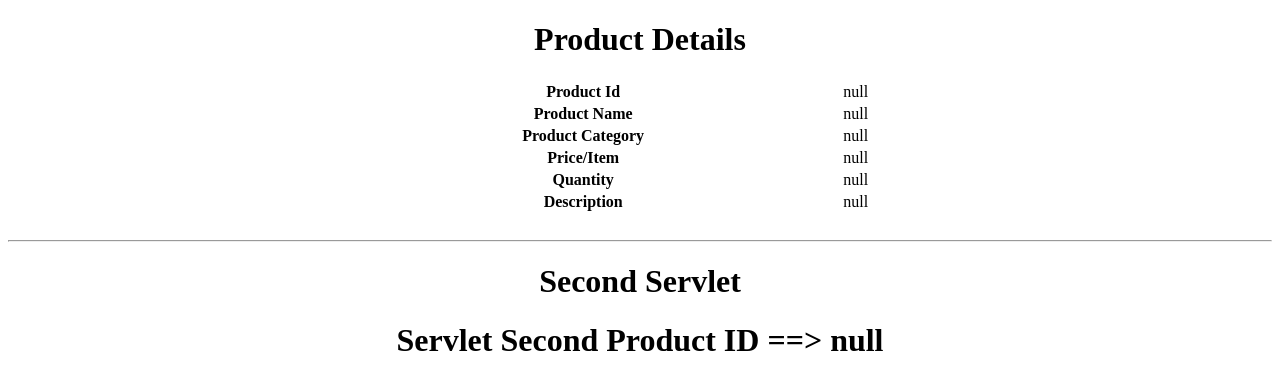
Repository: Dhwanishah1106/WTL
Page: http://localhost/Products/First
An editor plug-in stored every save of this project. The page is shown before and after the next save, followed by the edit.
The browser window is 1280 px wide. The pictures show the whole page.
The page is served by Tomcat 9.

Above is the page before, as saved 2019-04-07 10:46:31.

After the next save:
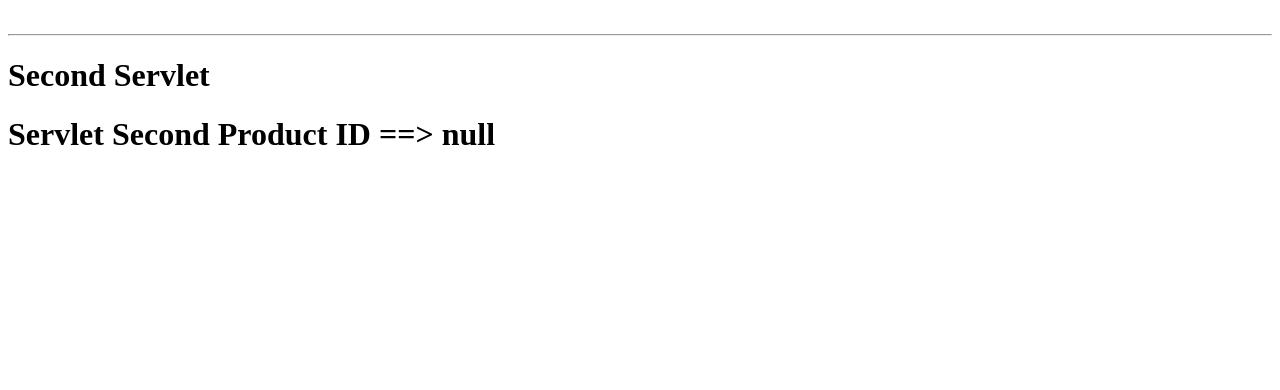
Saved 95 s later.
--- a/Products/src/First.java
+++ b/Products/src/First.java
@@ -78,9 +78,9 @@ public class First extends HttpServlet {
             session.setAttribute("productId", productId);
 
             RequestDispatcher rd = request.getRequestDispatcher("Second");
-            rd.include(request, response);
+            //rd.include(request, response);
 
-            //rd.forward(request, response);
+            rd.forward(request, response);
 
             out.println("</center></body>");
             out.println("</html>");
